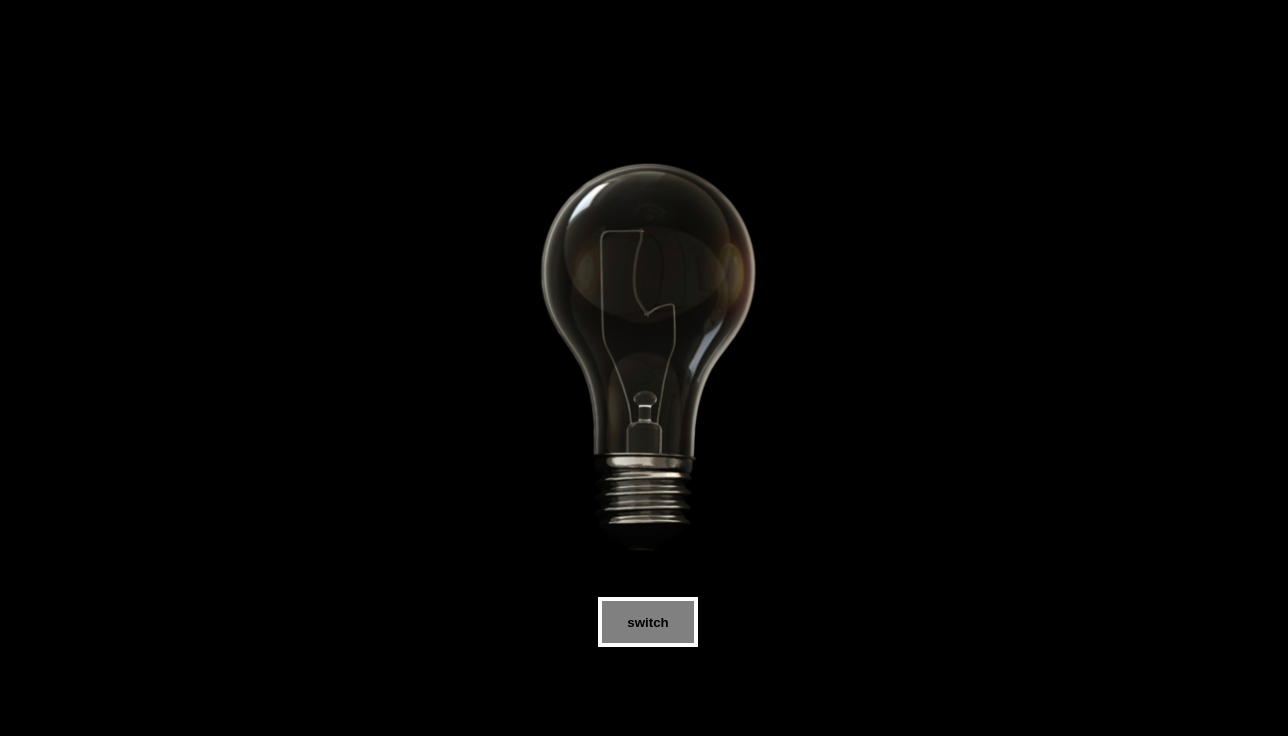
Repository: JunaidAnsari202/bulb
Page: index.html
These files come from the project's save history. The page is drawn as it stood at one moment and after the next save; the edit follows.
The browser window is 1280 px wide. The page is 1288 px wide, so the pictures cover 1288 px, including what lies to the right of the window. The pictures show the whole page.
The pointer rests on the first visible `.bttn`.

Above is the page before, as saved 2023-10-27 21:43:51.

After the next save:
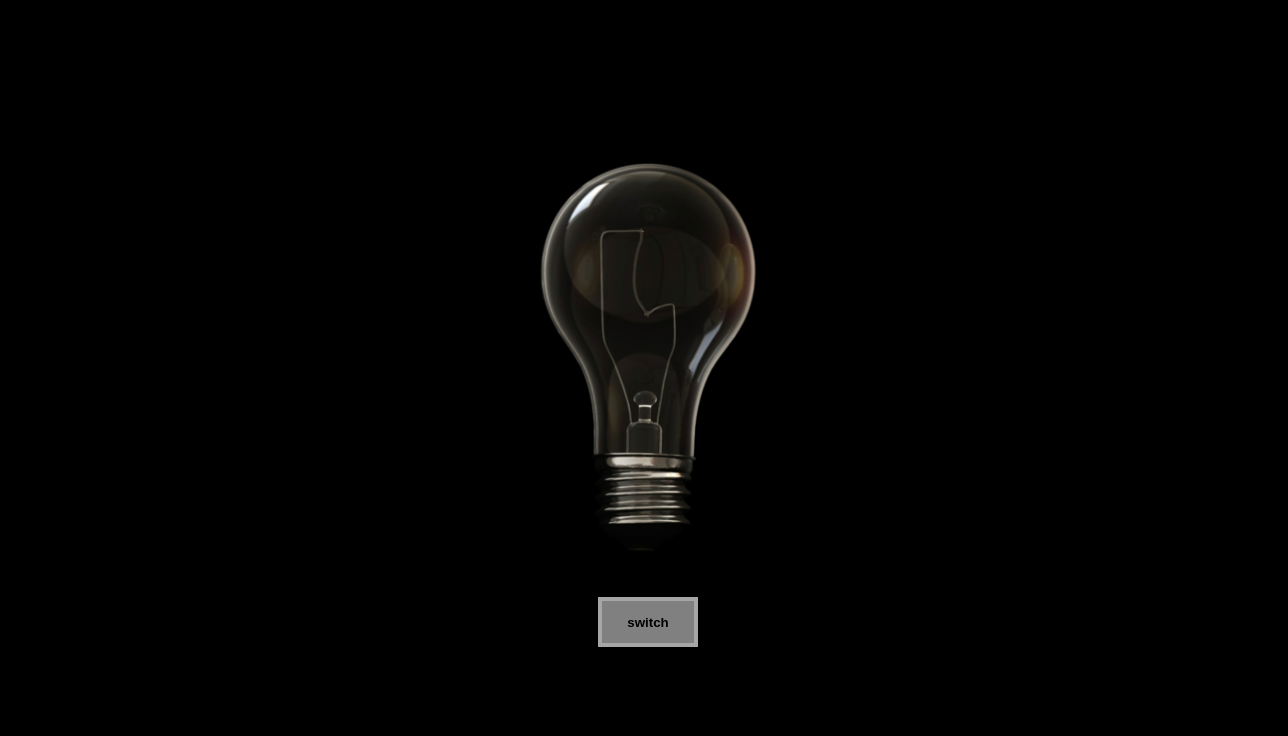
Saved 7 s later.
--- a/style.css
+++ b/style.css
@@ -28,6 +28,6 @@ body{
 }
 .bttn:hover{
     background-color: grey;
-    border: 4px white solid;
+    border: 4px rgba(255, 255, 255, 0.299) solid;
 
 }
